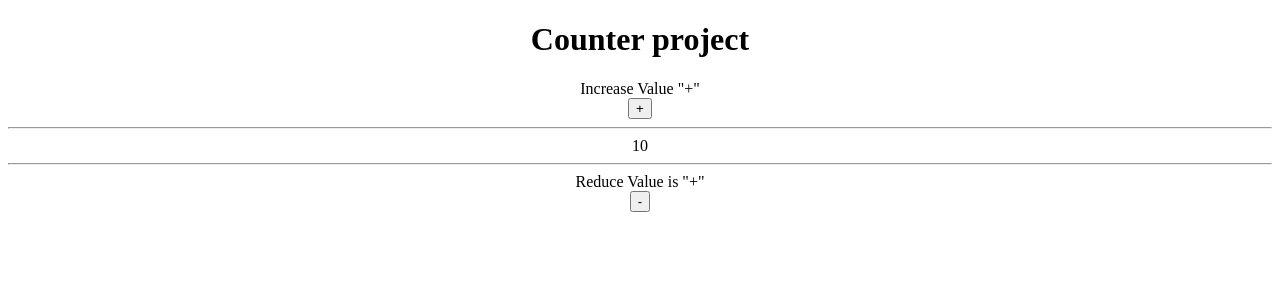
Repository: NiutaR/counter-dom
Page: index.html
The author's editor kept a copy of each file at every save. The page is drawn from the files as they stood at one save, then again after the next save.
The browser window is 1280 px wide. The pictures show the whole page.

Above is the page before, as saved 2021-07-20 22:42:49.

After the next save:
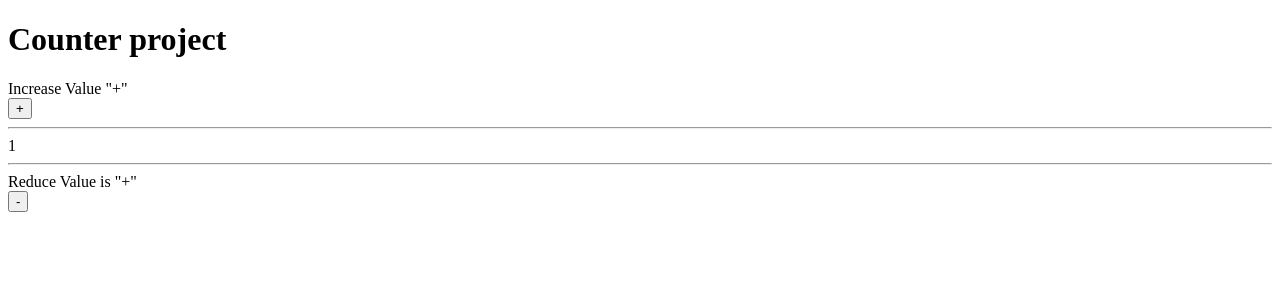
Console error (its wording comes from the project's code and is left out).
Saved 9 s later.
--- a/index.js
+++ b/index.js
@@ -23,7 +23,7 @@
 };*/
 
 
-const changeCount = () => {
+/const changeCount = () => {
     for (i = 1; i < 10; i++) {
         if (number <= i) {
             number++;

After the 3 saves that followed:
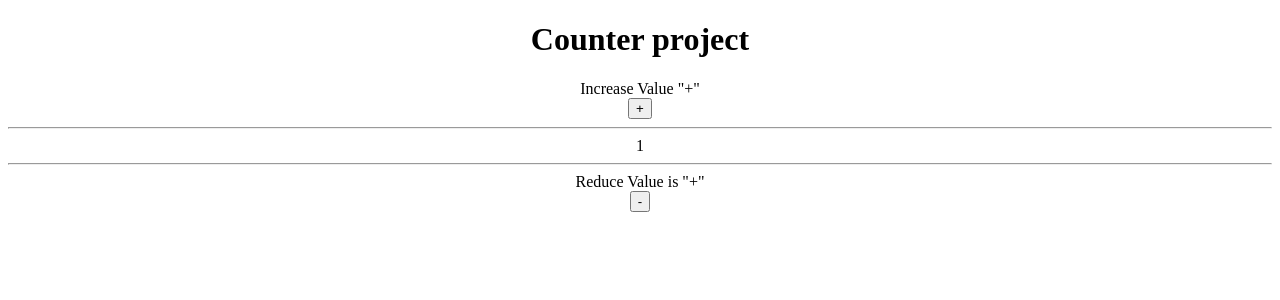
The error is gone.
The 3 saves are shown as one change because they came seconds apart.
The last was saved 12 s later.
--- a/index.js
+++ b/index.js
@@ -8,7 +8,7 @@
 let number = 1;
 
 
-/*add.onclick = function() {
+add.onclick = function() {
     if (number <= 10) {
         number++;
         count.innerHTML = number;
@@ -20,21 +20,4 @@
         number--;
         count.innerHTML = number;
     }
-};*/
-
-
-/const changeCount = () => {
-    for (i = 1; i < 10; i++) {
-        if (number <= i) {
-            number++;
-            count.innerHTML = number;
-        }
-        else if (number >= i) {
-            number--;
-            count.innerHTML = number;
-        }
-    }
-    return count;
-}
-
-console.log(changeCount());
+};
